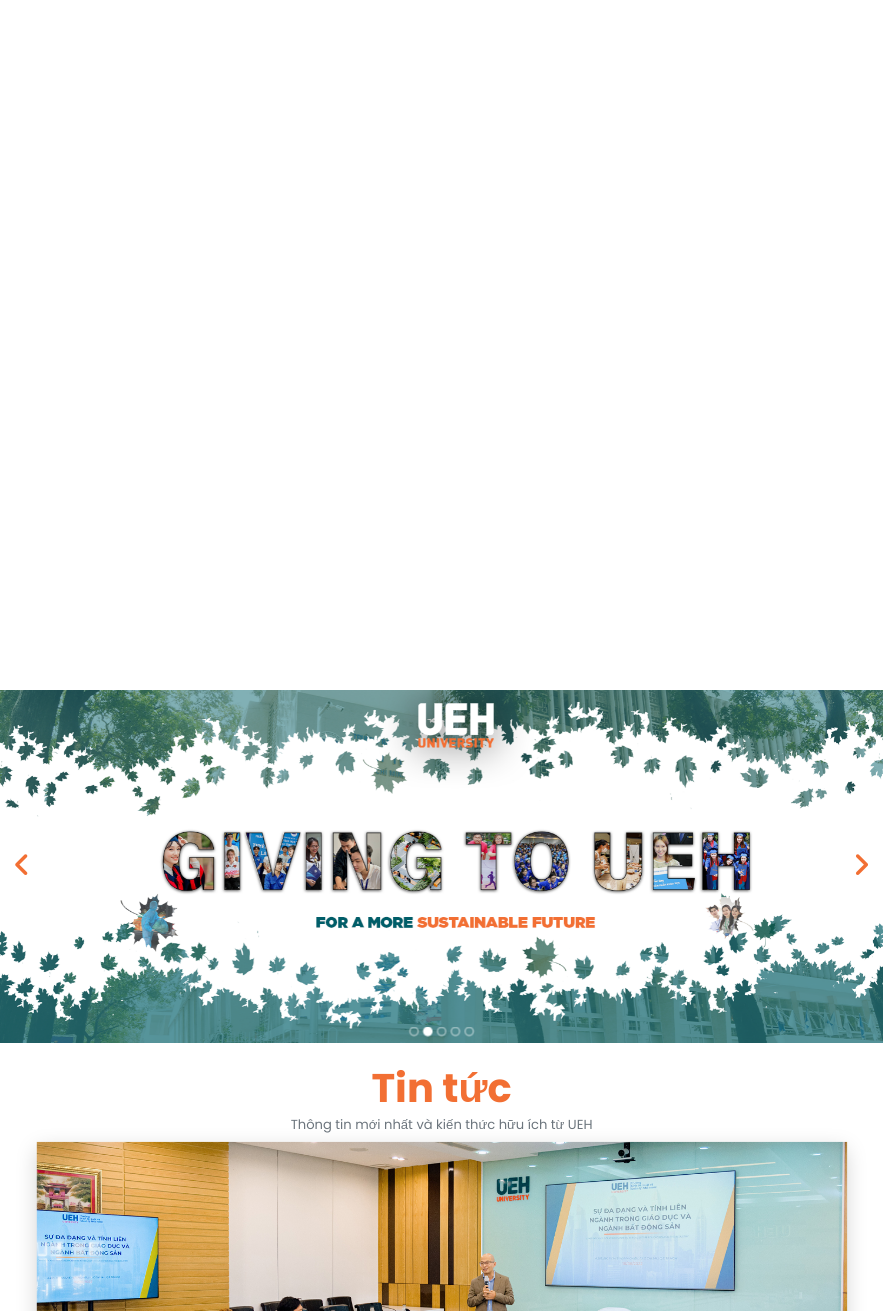
Repository: Jackietruong2805/frontends
Page: html css/ueh/index.html
The author's editor kept a copy of each file at every save. The page is drawn from the files as they stood at one save, then again after the next save.
The browser window is 1280 px wide. The page is 1288 px wide, so the pictures cover 1288 px, including what lies to the right of the window. The pictures show the part of the page from y = 720 to 2620 px (the page is 3193 px tall), at 69% of full size.
Some web libraries are served in a nearby version.

Above is the page before, as saved 2022-06-20 09:18:29.

After the next save:
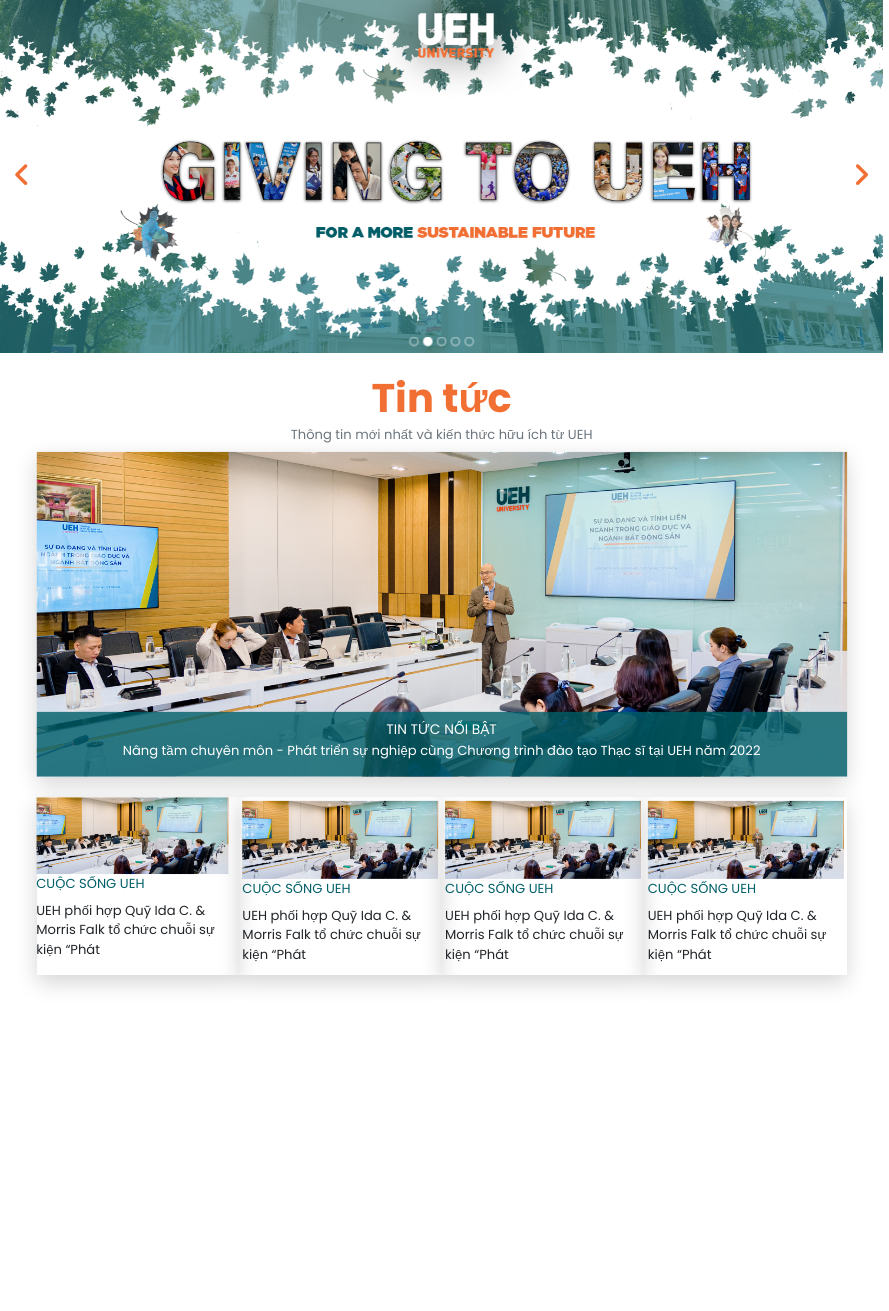
Saved 27 s later.
--- a/html css/ueh/index.html
+++ b/html css/ueh/index.html
@@ -91,7 +91,7 @@
         <div class="video-ueh"></div>
       </div>
     </header>
-    <div class="placeholder"></div>
+
     <!-- CAROUSEL -->
 
     <section class="carousel">
@@ -247,6 +247,7 @@
     <section class="explore"></section>
     <!-- FOOTER -->
     <footer></footer>
+    <div class="placeholder"></div>
 
     <!-- thư viện hộ trợ -->
     <script
